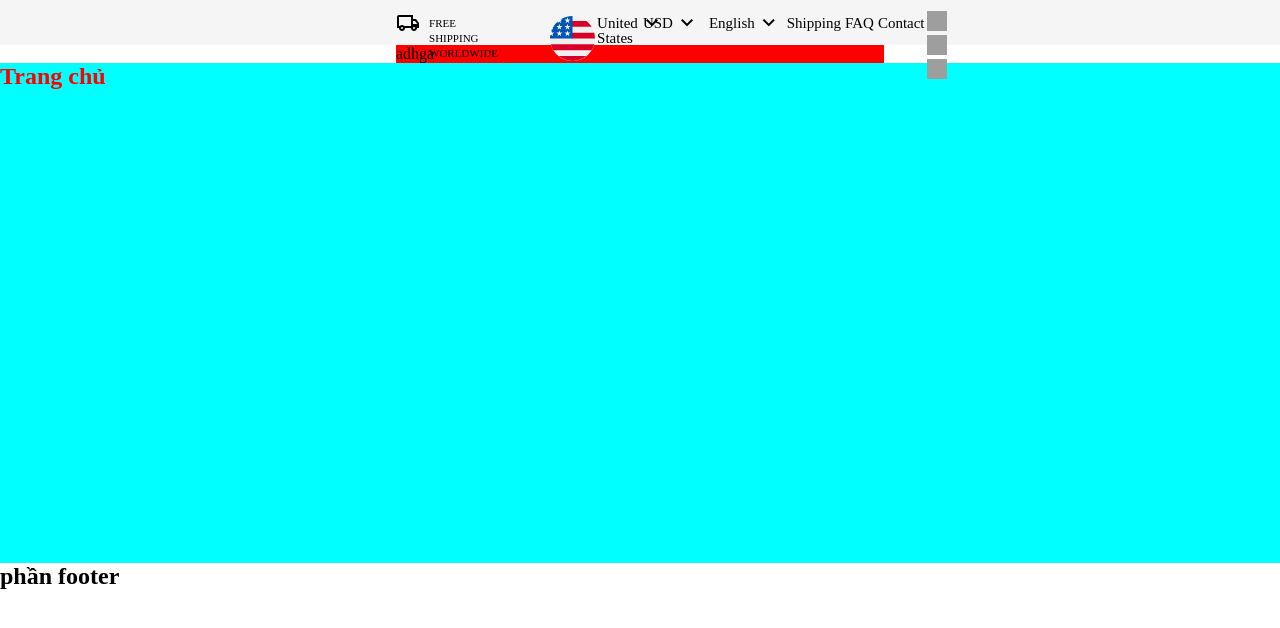
Repository: tatvanhco/shopper
Page: /
These files come from the project's save history. The page is drawn as it stood at one moment and after a run of saves; the edit follows.
The browser window is 1280 px wide. The pictures show the whole page.
Pictures or frames that could not be fetched are drawn as grey boxes. The project was rebuilt for these pictures with package versions that can differ from the ones it lists, and the page was loaded fresh each time.

Above is the page before, as saved 2022-09-24 12:05:08.

### src/index.tsx
import React from 'react';
import { createRoot } from 'react-dom/client';
import { Provider } from 'react-redux';
import { store } from './app/store';
import App from './App';
import reportWebVitals from './reportWebVitals';
import './index.scss';

const container = document.getElementById('root')!;
const root = createRoot(container);

root.render(
    <React.StrictMode>
        <Provider store={store}>
            <App />
        </Provider>
    </React.StrictMode>,
);

// If you want to start measuring performance in your app, pass a function
// to log results (for example: reportWebVitals(console.log))
// or send to an analytics endpoint. Learn more: https://bit.ly/CRA-vitals
reportWebVitals();

### src/app/store.ts
import { configureStore, ThunkAction, Action, getDefaultMiddleware } from '@reduxjs/toolkit';
import createSagaMiddleware from '@redux-saga/core';
import rootSaga from './rootSaga';

const sagaMiddleware = createSagaMiddleware();
export const store = configureStore({
    reducer: {

    },
    middleware: (getDefaultMiddleware) => {
        return getDefaultMiddleware().concat(sagaMiddleware);
    },
});

sagaMiddleware.run(rootSaga);

export type AppDispatch = typeof store.dispatch;
export type RootState = ReturnType<typeof store.getState>;
export type AppThunk<ReturnType = void> = ThunkAction<ReturnType, RootState, unknown, Action<string>>;

### src/App.tsx
import React from 'react';
import './App.scss';
import Header from 'components/header/header';
import Footer from 'components/footer/footer';
import Home from 'pages/home/home';

function App() {
    return (
        <div className="App">
            <Header />
            <Home />
            <Footer />
        </div>
    );
}

export default App;

### src/index.scss
/* @import 'normalize.css'; */
@import url('https://fonts.googleapis.com/css2?family=Roboto:wght@300;400;500;700&display=swap');
@import url('https://fonts.googleapis.com/css2?family=Material+Symbols+Outlined:opsz,wght,FILL,GRAD@20..48,100..700,0..1,-50..200');

body {
    margin: 0;
    padding: 0;
    /* font-family: -apple-system, BlinkMacSystemFont, 'Segoe UI', 'Roboto', 'Oxygen', 'Ubuntu', 'Cantarell', 'Fira Sans',
        'Droid Sans', 'Helvetica Neue', sans-serif; */
    -webkit-font-smoothing: antialiased;
    -moz-osx-font-smoothing: grayscale;
}

html {
    margin: 0;
    padding: 0;
}

code {
    font-family: source-code-pro, Menlo, Monaco, Consolas, 'Courier New', monospace;
}

p {
    margin: 0 !important;
    line-height: initial;
}

h1,
h2 {
    margin: 0;
}

### src/app/rootSaga.ts
function* rootSaga() {
    console.log('hahahha');
}

export default rootSaga;

### src/App.scss
.container {
    padding: 0px 16px;
    margin: 0 380px;
}

.d-flex {
    display: flex;
}

.ul {
    list-style: none;
    padding-left: 0;
}

.title {
    font-size: 15px;
    line-height: 15px;
    padding: 0 2px;
}

.img-icon {
    width: 20px;
    height: 20px;
}

.p-4p {
    padding: 0 4px;
}

### src/components/header/header.tsx
import clsx from 'clsx';
import { url } from 'inspector';
import { Fragment } from 'react';
import styles from './header.module.scss';

function header() {
    return (
        <Fragment>
            <div className="header">
                <div className={styles.headerTop}>
                    <div className="container">
                        <div className={clsx(styles.headerContact, 'd-flex')}>
                            <div className="headerContactRight">
                                <ul className={clsx('headerContactRightItems', 'ul', 'd-flex')}>
                                    <li className={clsx('headerContactRightItem', 'd-flex')}>
                                        <span className={clsx('material-symbols-outlined', styles.icon)}>local_shipping</span>
                                        <p className={clsx(styles.titleShip)}>FREE SHIPPING WORLDWIDE</p>
                                    </li>
                                    <li className={clsx('headerContactRightItem', 'd-flex', 'p-4p')}>
                                        <div className={clsx(styles.nation, 'd-flex')}>
                                            <img
                                                className=''
                                                src="data:[embedded picture, 137 characters]
                                                        nLzIwMDAvc3ZnIj4KPHBhdGggZD0iTTcgMTRDMTAuODY2IDE0IDE0IDEwLjg2NiAxNCA3QzE0IDMuMTM0MDEgMTAuODY2IDAgNyAwQzMuMTM0MDEgMCAwIDMuMTM0MDEgMCA3QzAgMTAuO
                                                        DY2IDMuMTM0MDEgMTQgNyAxNFoiIGZpbGw9IiNGMEYwRjAiLz4KPHBhdGggZD0iTTYuNjk1OCA2Ljk5OTk4SDE0LjAwMDFDMTQuMDAwMSA2LjM2ODE4IDEzLjkxNTkgNS43NTYxMiAxMy4
                                                        3NTkgNS4xNzM4OUg2LjY5NThWNi45OTk5OFoiIGZpbGw9IiNEODAwMjciLz4KPHBhdGggZD0iTTYuNjk1OCAzLjM0NzgzSDEyLjk3MjdDMTIuNTQ0MiAyLjY0ODU5IDExLjk5NjMgMi4wM
                                                        zA1NCAxMS4zNTc1IDEuNTIxNzNINi42OTU4VjMuMzQ3ODNaIiBmaWxsPSIjRDgwMDI3Ii8+CjxwYXRoIGQ9Ik02Ljk5OTk3IDE0QzguNjQ3NCAxNCAxMC4xNjE2IDEzLjQzMDYgMTEuMzU
                                                        3NCAxMi40NzgzSDIuNjQyNThDMy44MzgzMiAxMy40MzA2IDUuMzUyNTMgMTQgNi45OTk5NyAxNFoiIGZpbGw9IiNEODAwMjciLz4KPHBhdGggZD0iTTEuMDI3NDggMTAuNjUyMkgxMi45N
                                                        zI3QzEzLjMxNjcgMTAuMDkwOCAxMy41ODM1IDkuNDc3MjMgMTMuNzU4OSA4LjgyNjA3SDAuMjQxMjExQzAuNDE2Njc2IDkuNDc3MjMgMC42ODM0NjkgMTAuMDkwOCAxLjAyNzQ4IDEwLjY
                                                        1MjJaIiBmaWxsPSIjRDgwMDI3Ii8+CjxwYXRoIGQ9Ik0zLjI0MjUzIDEuMDkzMTVIMy44ODA0M0wzLjI4NzA3IDEuNTI0MjJMMy41MTM3MyAyLjIyMTczTDIuOTIwMzkgMS43OTA2NkwyL
                                                        jMyNzA2IDIuMjIxNzNMMi41MjI4NCAxLjYxOTE2QzIuMDAwNDEgMi4wNTQzNCAxLjU0MjUyIDIuNTY0MTkgMS4xNjUxNyAzLjEzMjI4SDEuMzY5NTdMMC45OTE4NjcgMy40MDY2OEMwLjk
                                                        zMzAyMyAzLjUwNDg0IDAuODc2NTg2IDMuNjA0NTYgMC44MjI1IDMuNzA1NzZMMS4wMDI4NiA0LjI2MDg3TDAuNjY2MzY3IDQuMDE2MzlDMC41ODI3MjMgNC4xOTM2IDAuNTA2MjE1IDQuM
                                                        zc0ODEgMC40Mzc0NDUgNC41NTk3OUwwLjYzNjE1MiA1LjE3MTQxSDEuMzY5NTdMMC43NzYyMDcgNS42MDI0OUwxLjAwMjg2IDYuM0wwLjQwOTUyNyA1Ljg2ODkzTDAuMDU0MTEzMyA2LjE
                                                        yNzE2QzAuMDE4NTM5MSA2LjQxMzEyIDAgNi43MDQzOSAwIDdIN0M3IDMuMTM0MDMgNyAyLjY3ODI3IDcgMEM1LjYxNzE3IDAgNC4zMjgxMSAwLjQwMTEzMyAzLjI0MjUzIDEuMDkzMTVaT
                                                        TMuNTEzNzMgNi4zTDIuOTIwMzkgNS44Njg5M0wyLjMyNzA2IDYuM0wyLjU1MzcxIDUuNjAyNDlMMS45NjAzNiA1LjE3MTQxSDIuNjkzNzdMMi45MjAzOSA0LjQ3MzlMMy4xNDcwMiA1LjE
                                                        3MTQxSDMuODgwNDNMMy4yODcwNyA1LjYwMjQ5TDMuNTEzNzMgNi4zWk0zLjI4NzA3IDMuNTYzMzZMMy41MTM3MyA0LjI2MDg3TDIuOTIwMzkgMy44Mjk3OUwyLjMyNzA2IDQuMjYwODdMM
                                                        i41NTM3MSAzLjU2MzM2TDEuOTYwMzYgMy4xMzIyOEgyLjY5Mzc3TDIuOTIwMzkgMi40MzQ3N0wzLjE0NzAyIDMuMTMyMjhIMy44ODA0M0wzLjI4NzA3IDMuNTYzMzZaTTYuMDI0NTkgNi4
                                                        zTDUuNDMxMjYgNS44Njg5M0w0LjgzNzkzIDYuM0w1LjA2NDU4IDUuNjAyNDlMNC40NzEyMiA1LjE3MTQxSDUuMjA0NjRMNS40MzEyNiA0LjQ3MzlMNS42NTc4OSA1LjE3MTQxSDYuMzkxM
                                                        0w1Ljc5Nzk0IDUuNjAyNDlMNi4wMjQ1OSA2LjNaTTUuNzk3OTQgMy41NjMzNkw2LjAyNDU5IDQuMjYwODdMNS40MzEyNiAzLjgyOTc5TDQuODM3OTMgNC4yNjA4N0w1LjA2NDU4IDMuNTY
                                                        zMzZMNC40NzEyMiAzLjEzMjI4SDUuMjA0NjRMNS40MzEyNiAyLjQzNDc3TDUuNjU3ODkgMy4xMzIyOEg2LjM5MTNMNS43OTc5NCAzLjU2MzM2Wk01Ljc5Nzk0IDEuNTI0MjJMNi4wMjQ1O
                                                        SAyLjIyMTczTDUuNDMxMjYgMS43OTA2Nkw0LjgzNzkzIDIuMjIxNzNMNS4wNjQ1OCAxLjUyNDIyTDQuNDcxMjIgMS4wOTMxNUg1LjIwNDY0TDUuNDMxMjYgMC4zOTU2MzdMNS42NTc4OSA
                                                        xLjA5MzE1SDYuMzkxM0w1Ljc5Nzk0IDEuNTI0MjJaIiBmaWxsPSIjMDA1MkI0Ii8+Cjwvc3ZnPgo="
                                                alt=""
                                            />
                                            <p className={clsx('title')}>United States</p>
                                            <span className={clsx('material-symbols-outlined', styles.icon)}>
                                                expand_more
                                            </span>
                                        </div>
                                    </li>
                                    <li className={clsx('headerContactRightItem', 'd-flex', 'p-4p')}>
                                        <div className={clsx(styles.nation, 'd-flex')}>
                                            <p className={clsx('title')}>USD</p>
                                            <span className={clsx('material-symbols-outlined', styles.icon)}>
                                                expand_more
                                            </span>
                                        </div>
                                    </li>
                                    <li className={clsx('headerContactRightItem', 'd-flex', 'p-4p')}>
                                        <div className={clsx(styles.nation, 'd-flex')}>
                                            <p className={clsx('title')}>English</p>
                                            <span className={clsx('material-symbols-outlined', styles.icon)}>
                                                expand_more
                                            </span>
                                        </div>
                                    </li>
                                </ul>
                            </div>
                            <div className="headerContactLeft">
                                <ul className={clsx('headerContactLeftItems', 'd-flex', 'ul')}>
                                    <li className={clsx('headerContactLeftItem')}>
                                        <p className={clsx('title')}>Shipping</p>
                                    </li>
                                    <li className={clsx('headerContactLeftItem')}>
                                        <p className={clsx('title')}>FAQ</p>
                                    </li>
                                    <li className={clsx('headerContactLeftItem')}>
                                        <p className={clsx('title')}>Contact</p>
                                    </li>
                                    <li className={clsx('headerContactLeftItem')}>
                                        <img
                                            className={clsx('img-icon', styles.icon)}
                                            src="https://cdn-icons-png.flaticon.com/512/1384/1384005.png"
                                            alt="Facebook"
                                        />
                                        <img
                                            className={clsx('img-icon', styles.icon)}
                                            src="https://cdn-icons-png.flaticon.com/512/3661/3661391.png"
                                            alt="Instagram"
                                        />
                                        <img
                                            className={clsx('img-icon', styles.icon)}
                                            src="https://cdn-icons-png.flaticon.com/512/1384/1384028.png"
                                            alt="Youtube"
                                        />
                                    </li>
                                </ul>
                            </div>
                        </div>
                    </div>
                </div>
                <div className="headerBottom">
                    <div className="container">
                        <div className={clsx(styles.headerFrom)}>adhga</div>
                    </div>
                </div>
            </div>
        </Fragment>
    );
}

export default header;

### src/components/footer/footer.tsx
function footer() {
    return <h2>phần footer</h2>;
}

export default footer;

### src/pages/home/home.tsx
import clsx from 'clsx';
import styles from './home.module.scss';

function Home() {
    return (
        <>
            <h2 className={clsx(styles.heading)}>Trang chủ</h2>
        </>
    );
}

export default Home;

### src/components/header/header.module.scss
.headerTop {
    background-color: #f5f5f5;
}

.headerContact {
    height: 45px;
    justify-content: space-between;
    vertical-align: middle;
}

.headerFrom {
    background-color: red;
}

.titleShip {
    font-size: 11px;
    line-height: 15px;
    padding: 0px 48px 0 9px;
}

.icon {
    transform: translateY(-5px);
}

### src/pages/home/home.module.scss
.heading {
    height: 500px;
    background-color: aqua;
    color: red;
}

.active {
    background-color: yellow;
}

Loaded but not shown: public/index.html (common file); src/reportWebVitals.ts (common file)

After the next 3 saves:
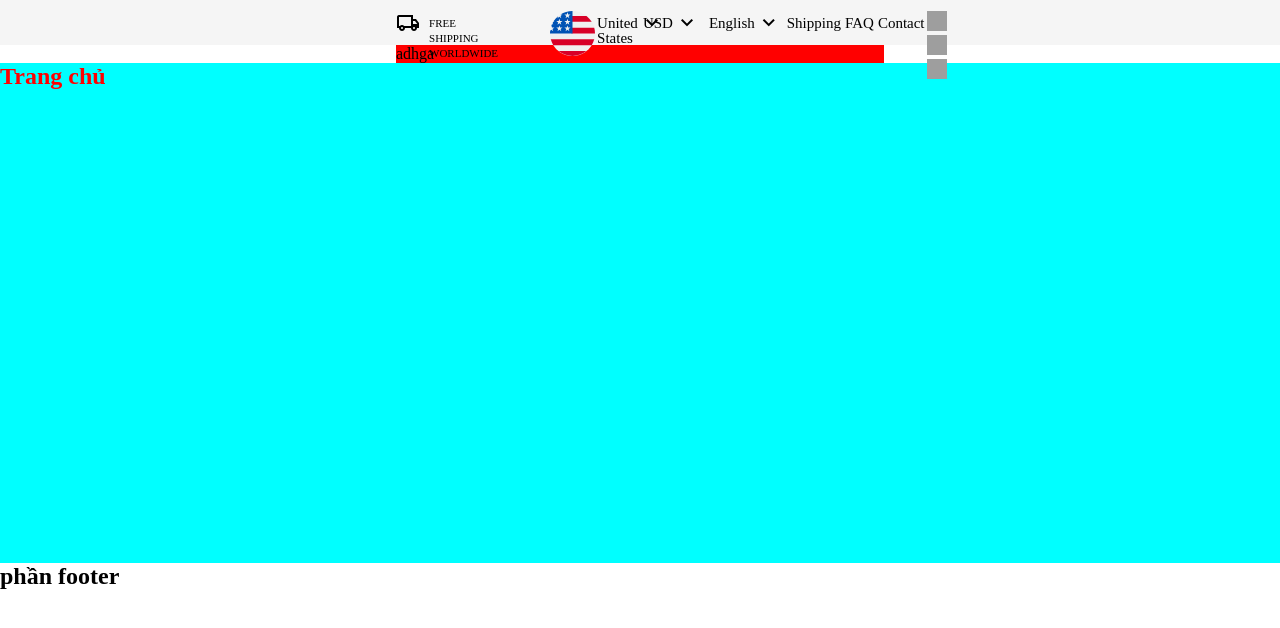
The 3 saves are shown as one change because 2 did not build or start.
The last was saved 19 s later.
--- a/src/components/header/header.tsx
+++ b/src/components/header/header.tsx
@@ -13,13 +13,15 @@ function header() {
                             <div className="headerContactRight">
                                 <ul className={clsx('headerContactRightItems', 'ul', 'd-flex')}>
                                     <li className={clsx('headerContactRightItem', 'd-flex')}>
-                                        <span className={clsx('material-symbols-outlined', styles.icon)}>local_shipping</span>
+                                        <span className={clsx('material-symbols-outlined', styles.icon)}>
+                                            local_shipping
+                                        </span>
                                         <p className={clsx(styles.titleShip)}>FREE SHIPPING WORLDWIDE</p>
                                     </li>
                                     <li className={clsx('headerContactRightItem', 'd-flex', 'p-4p')}>
                                         <div className={clsx(styles.nation, 'd-flex')}>
                                             <img
-                                                className=''
+                                                className={styles.icon}
                                                 src="data:[embedded picture, 137 characters]
                                                         nLzIwMDAvc3ZnIj4KPHBhdGggZD0iTTcgMTRDMTAuODY2IDE0IDE0IDEwLjg2NiAxNCA3QzE0IDMuMTM0MDEgMTAuODY2IDAgNyAwQzMuMTM0MDEgMCAwIDMuMTM0MDEgMCA3QzAgMTAuO
                                                         DY2IDMuMTM0MDEgMTQgNyAxNFoiIGZpbGw9IiNGMEYwRjAiLz4KPHBhdGggZD0iTTYuNjk1OCA2Ljk5OTk4SDE0LjAwMDFDMTQuMDAwMSA2LjM2ODE4IDEzLjkxNTkgNS43NTYxMiAxMy4
